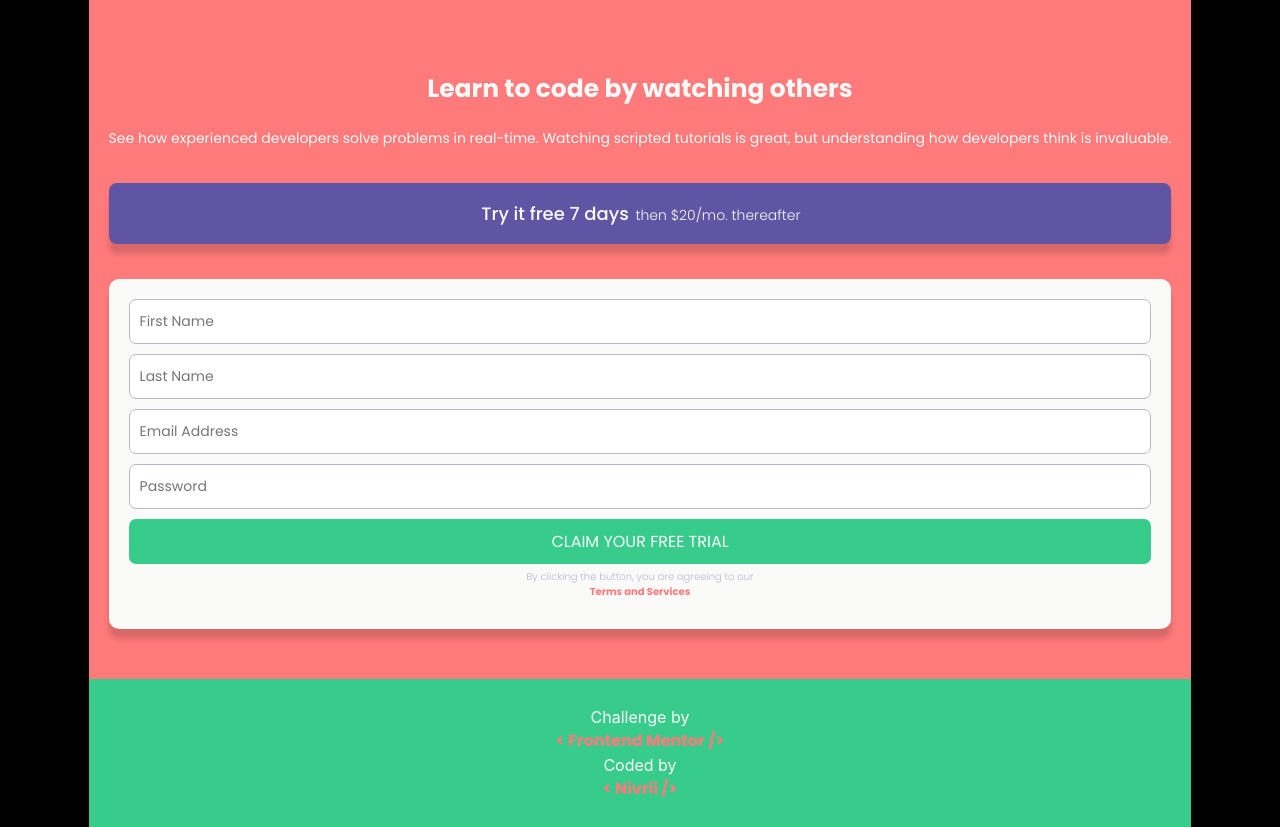
Repository: nivrii/intro-component-with-signup
Page: /
These files come from the project's save history. The page is drawn as it stood at one moment and after the next save; the edit follows.
The browser window is 1280 px wide. The pictures show the whole page.
The project was rebuilt for these pictures with package versions that can differ from the ones it lists, and the page was loaded fresh each time. Also part of the build but not shown: vite.config.js.

Above is the page before, as saved 2023-10-12 18:11:45.

After the next save:
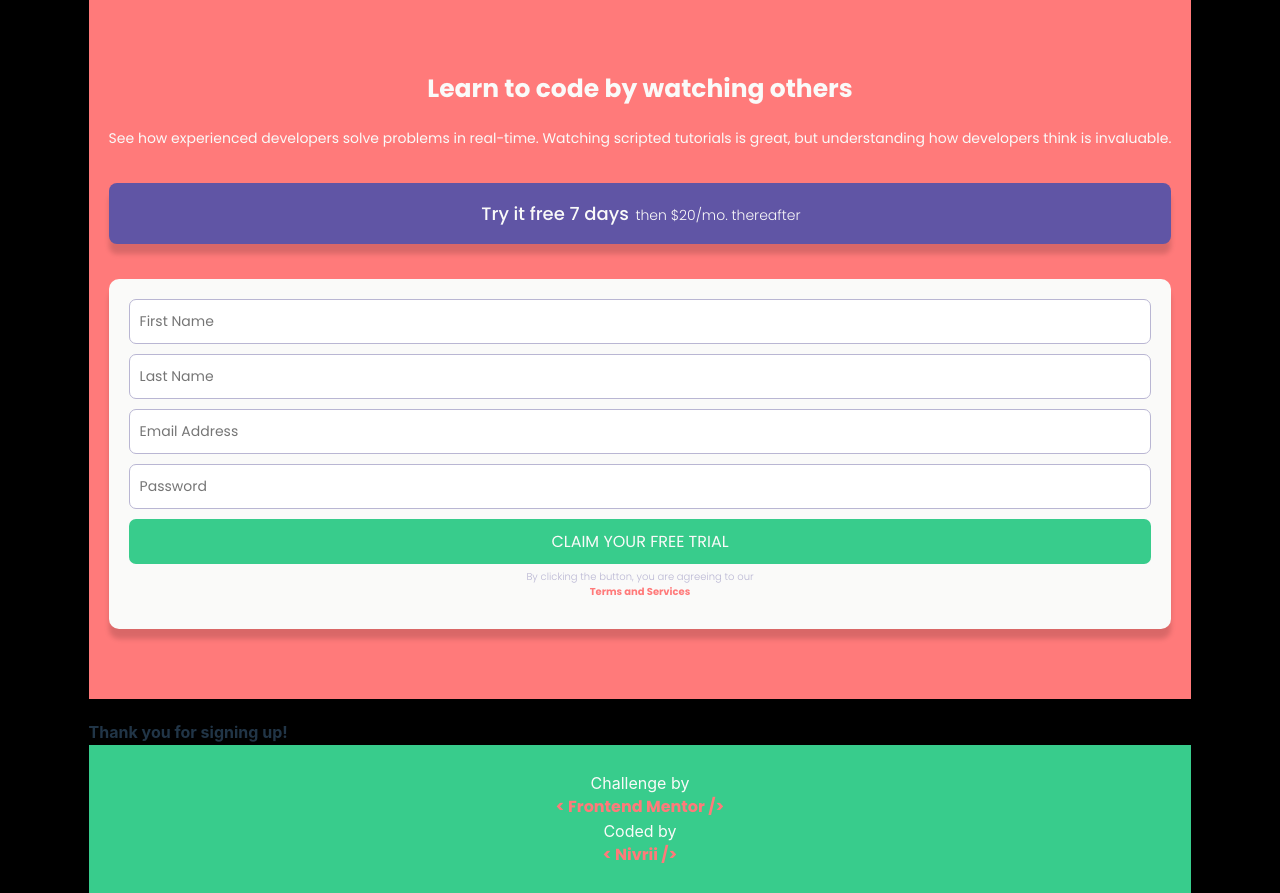
Saved 81 s later.
--- a/src/App.jsx
+++ b/src/App.jsx
@@ -5,13 +5,19 @@ import { Content } from './Content/Content';
 import "./App.css";
 
 function App() {
-
+  const userArray = []
   return (
     <>
       <div className="container">
         <Content     />
         <Card     />
-        <Form     />
+        <Form    userArray={userArray} />
+      </div>
+      <div className="success">
+        <h4>Thank you for signing up!</h4>
+        <p>
+
+        </p>
       </div>
       <Footer    />
     </>
